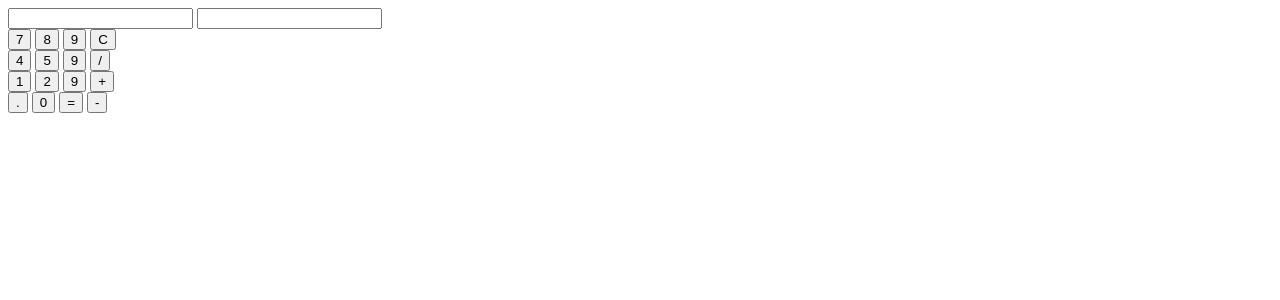
Repository: DNature/calc
Page: index.html
These files come from the project's save history. The page is drawn as it stood at one moment and after the next save; the edit follows.
The browser window is 1280 px wide. The pictures show the whole page.

Above is the page before, as saved 2019-11-20 23:13:30.

### index.html
<!DOCTYPE html>
<html lang="en">
  <head>
    <meta charset="UTF-8" />
    <meta name="viewport" content="width=device-width, initial-scale=1.0" />
    <meta http-equiv="X-UA-Compatible" content="ie=edge" />
    <link rel="stylesheet" href="css/style.css" />
    <title>Calculator</title>
  </head>
  <body>
    <div class="calculator">
      <div class="output">
        <input type="number" id="subField" />
        <input type="number" id="mainField" />
      </div>

      <div class="inputs">
        <div class="row">
          <button id="" class="numbers">7</button>
          <button id="" class="numbers">8</button>
          <button id="" class="numbers">9</button>
          <button id="" class="numbers">C</button>
        </div>
        <div class="row">
          <button id="" class="numbers">4</button>
          <button id="" class="numbers">5</button>
          <button id="" class="numbers">9</button>
          <button id="" class="numbers">/</button>
        </div>
        <div class="row">
          <button id="" class="numbers">1</button>
          <button id="" class="numbers">2</button>
          <button id="" class="numbers">9</button>
          <button id="" class="numbers">+</button>
        </div>
        <div class="row">
          <button id="" class="numbers">.</button>
          <button id="" class="numbers">0</button>
          <button id="" class="numbers">=</button>
          <button id="" class="numbers">-</button>
        </div>
      </div>
    </div>
    <script src="./js/index.js"></script>
  </body>
</html>

Loaded but not shown: css/style.css (no stored copy; drawn as an empty file); js/index.js (no stored copy; drawn as an empty file)

After the next save:
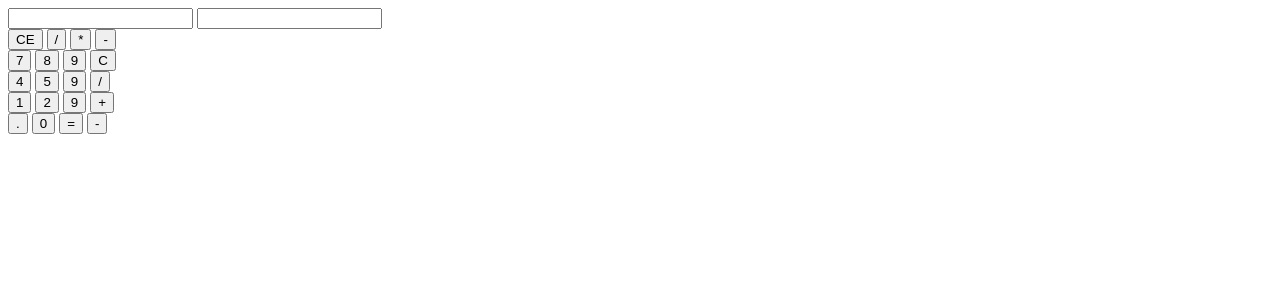
Saved 3 min 43 s later.
--- a/index.html
+++ b/index.html
@@ -16,28 +16,34 @@
 
       <div class="inputs">
         <div class="row">
-          <button id="" class="numbers">7</button>
-          <button id="" class="numbers">8</button>
-          <button id="" class="numbers">9</button>
-          <button id="" class="numbers">C</button>
+          <button id="" class="button">CE</button>
+          <button id="" class="button">/</button>
+          <button id="" class="button">*</button>
+          <button id="" class="button">-</button>
         </div>
         <div class="row">
-          <button id="" class="numbers">4</button>
-          <button id="" class="numbers">5</button>
-          <button id="" class="numbers">9</button>
-          <button id="" class="numbers">/</button>
+          <button id="" class="button">7</button>
+          <button id="" class="button">8</button>
+          <button id="" class="button">9</button>
+          <button id="" class="button">C</button>
         </div>
         <div class="row">
-          <button id="" class="numbers">1</button>
-          <button id="" class="numbers">2</button>
-          <button id="" class="numbers">9</button>
-          <button id="" class="numbers">+</button>
+          <button id="" class="button">4</button>
+          <button id="" class="button">5</button>
+          <button id="" class="button">9</button>
+          <button id="" class="button">/</button>
         </div>
         <div class="row">
-          <button id="" class="numbers">.</button>
-          <button id="" class="numbers">0</button>
-          <button id="" class="numbers">=</button>
-          <button id="" class="numbers">-</button>
+          <button id="" class="button">1</button>
+          <button id="" class="button">2</button>
+          <button id="" class="button">9</button>
+          <button id="" class="button">+</button>
+        </div>
+        <div class="row">
+          <button id="" class="button">.</button>
+          <button id="" class="button">0</button>
+          <button id="" class="button">=</button>
+          <button id="" class="button">-</button>
         </div>
       </div>
     </div>
